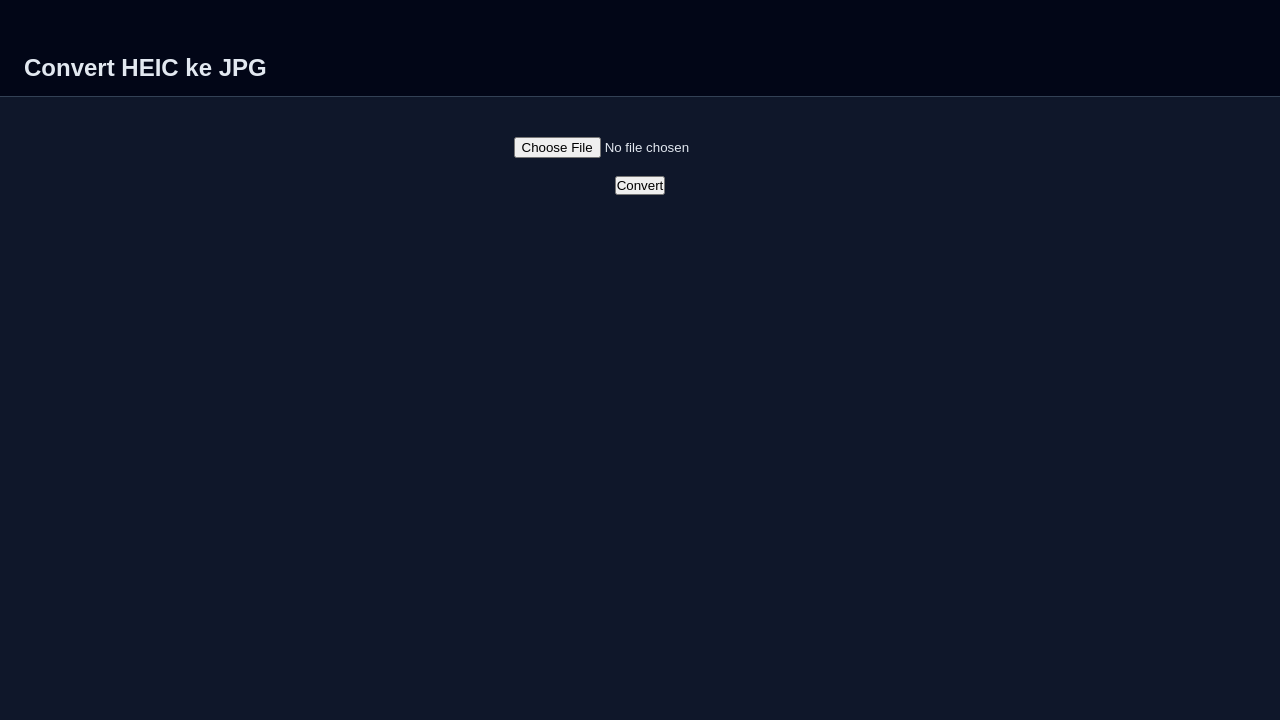
Repository: procinema22/hiisedulurfc
Page: hesedulur-main/convert-image.html
An editor plug-in stored every save of this project. The page is shown before and after the next save, followed by the edit.
The browser window is 1280 px wide. The pictures show the whole page.

Above is the page before, as saved 2026-04-23 23:15:02.

After the next save:
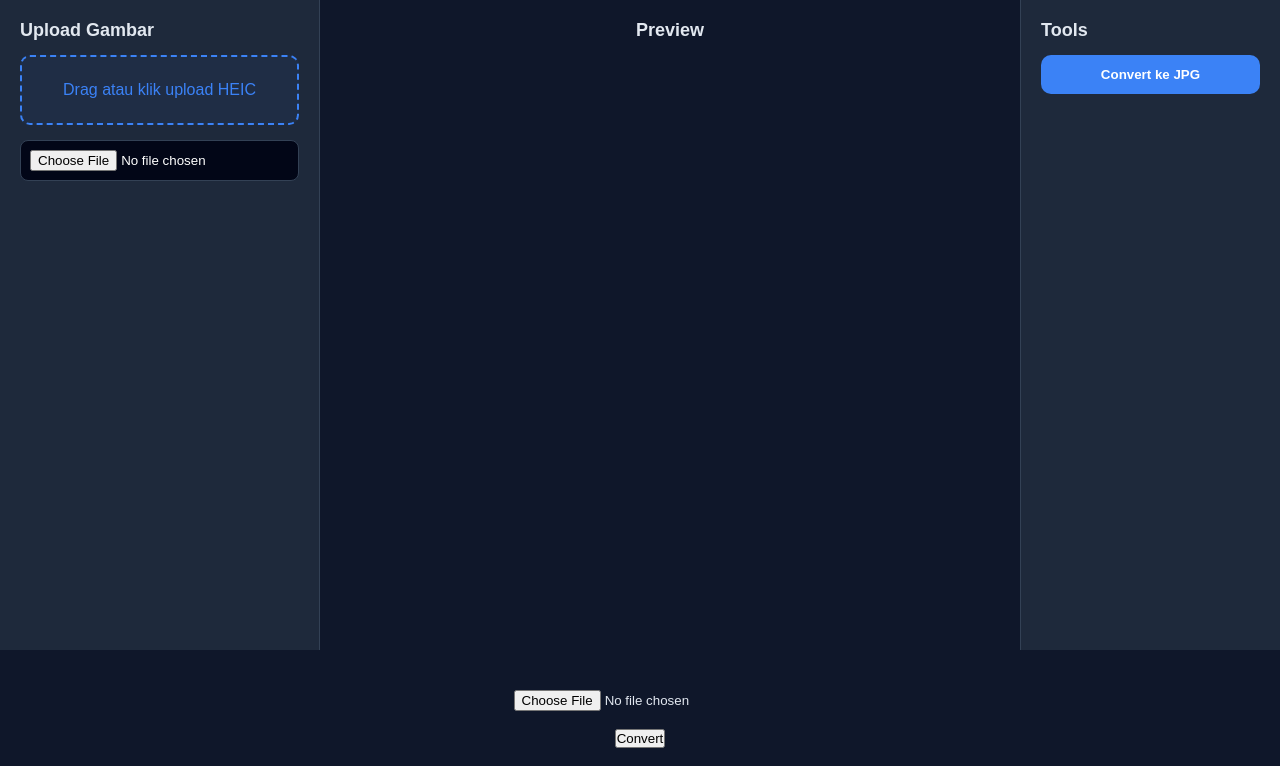
Saved 54 s later.
--- a/hesedulur-main/convert-image.html
+++ b/hesedulur-main/convert-image.html
@@ -13,11 +13,44 @@
 
 <body>
 
-<header>
-  <h2 style="text-align:center;margin-top:40px;">
-    Convert HEIC ke JPG
-  </h2>
-</header>
+  <div class="layout">
+
+    <!-- LEFT PANEL -->
+    <div class="left-panel">
+
+    <div class="section-title">Upload Gambar</div>
+
+    <div class="drop-area" onclick="document.getElementById('heicInput').click()">
+    Drag atau klik upload HEIC
+    </div>
+
+    <input type="file" id="heicInput" accept=".heic,image/heic">
+
+    </div>
+
+
+    <!-- CENTER PANEL -->
+    <div class="center-panel">
+
+    <div class="section-title">Preview</div>
+
+    <img id="preview" style="max-width:100%;border-radius:10px;display:none;">
+
+    </div>
+
+
+    <!-- RIGHT PANEL -->
+    <div class="right-panel">
+
+    <div class="section-title">Tools</div>
+
+    <button class="btn blue" onclick="convertHEIC()">Convert ke JPG</button>
+
+    <a id="downloadJPG" class="btn green" style="display:none;">Download JPG</a>
+
+    </div>
+
+    </div>
 
 <section style="text-align:center;margin-top:40px;">
 
